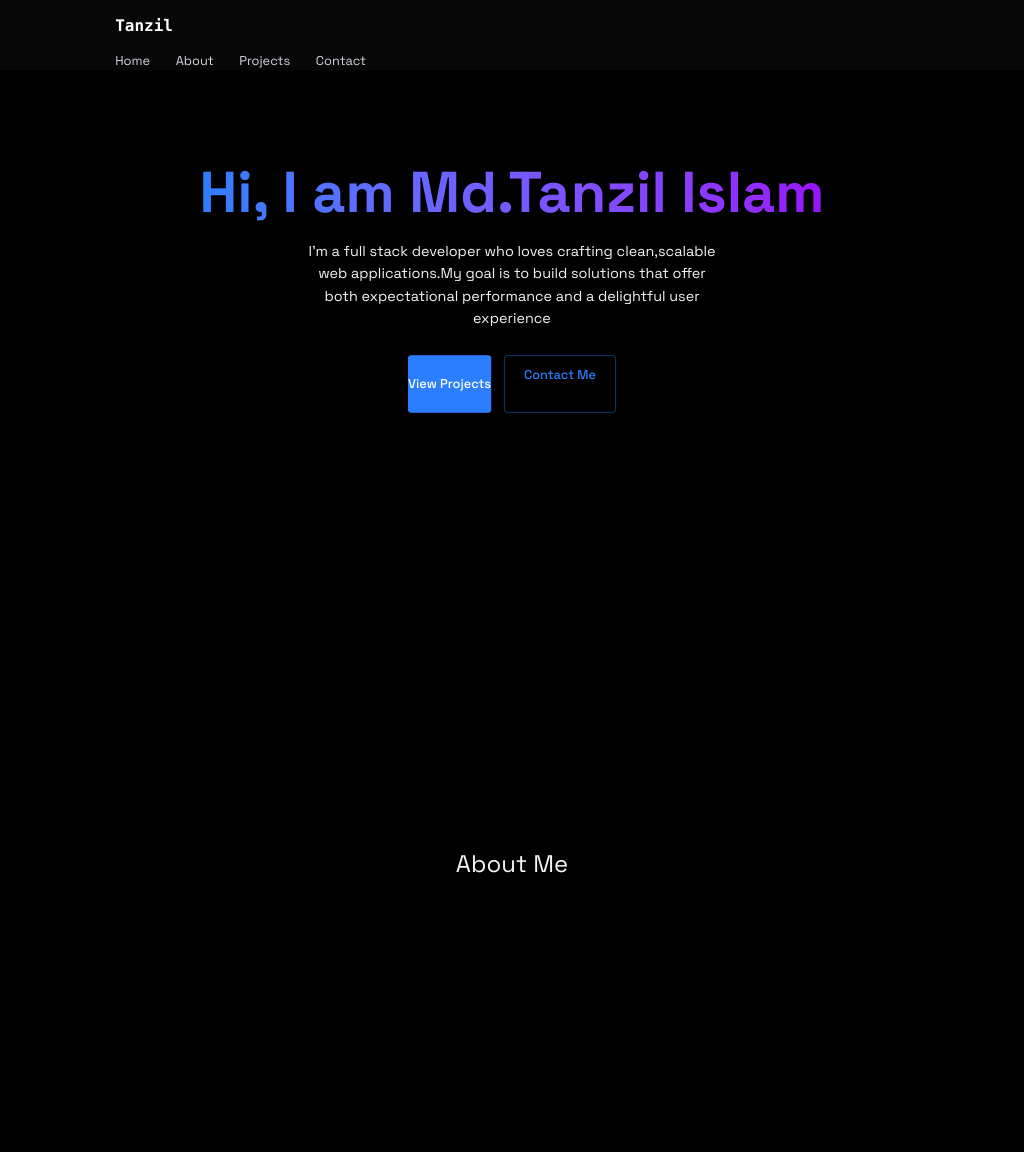
Repository: tanimtanzilislam/my_portfolio
Page: /
The author's editor kept a copy of each file at every save. The page is drawn from the files as they stood at one save, then again after a run of saves.
The browser window is 1280 px wide. The pictures show the whole page, at 80% of full size.
The project was rebuilt for these pictures with package versions that can differ from the ones it lists, and the page was loaded fresh each time. Also part of the build but not shown: vite.config.js.

Above is the page before, as saved 2025-05-10 13:07:52.

After the next 3 saves:
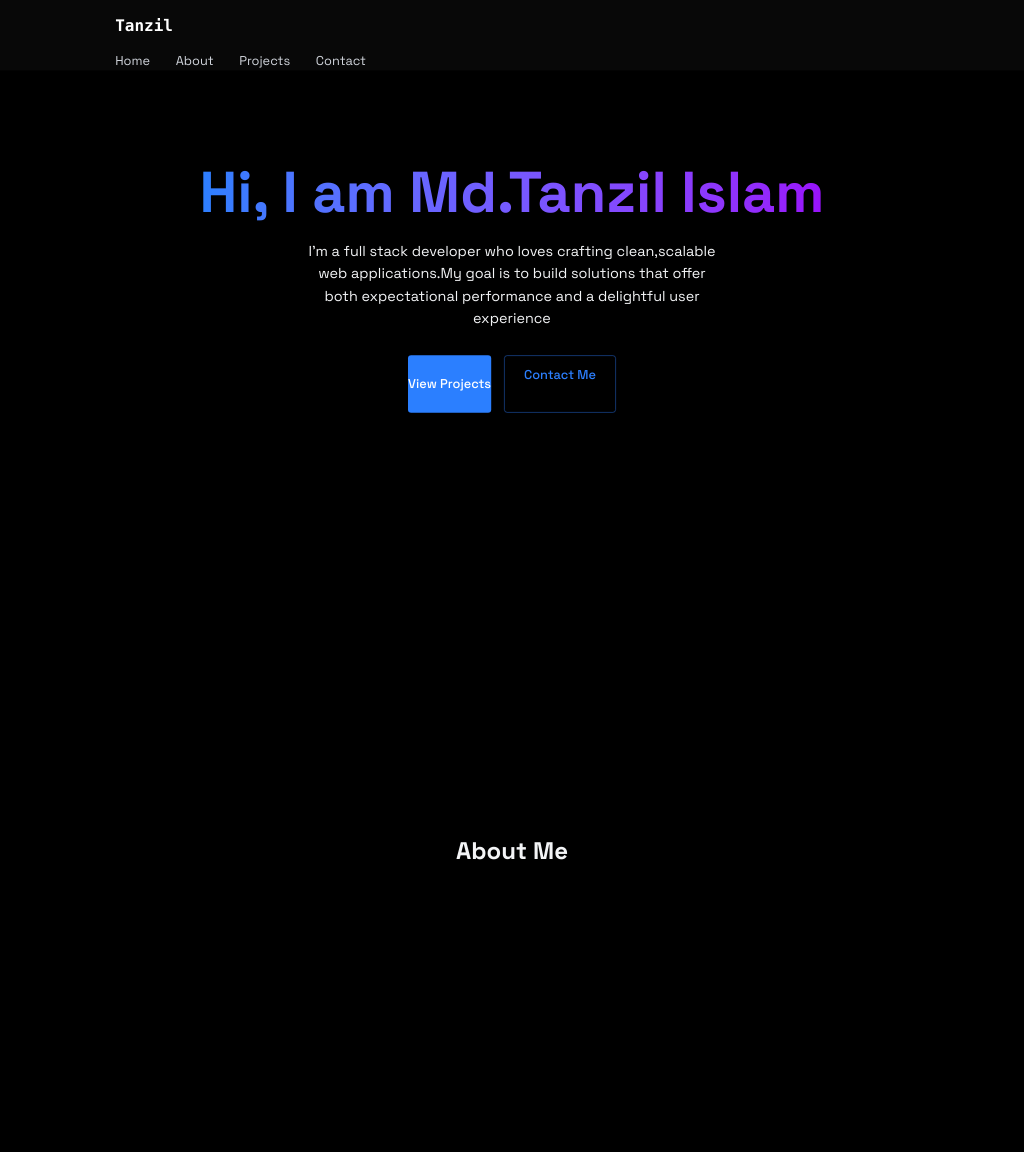
The 3 saves are shown as one change because they came seconds apart.
The last was saved 11 s later.
--- a/src/components/sections/About.jsx
+++ b/src/components/sections/About.jsx
@@ -1,7 +1,7 @@
 export  const About=()=>{
     return <section id="about" className="min-h-screen flex items-center justify-center py-20">
         <div className="mex-w-3xl mx-auto px-4">
-            <h2 className="text-3xl"> About Me</h2>
+            <h2 className="text-3xl font-bold mb-8 "> About Me</h2>
         </div>
     </section>
 }
